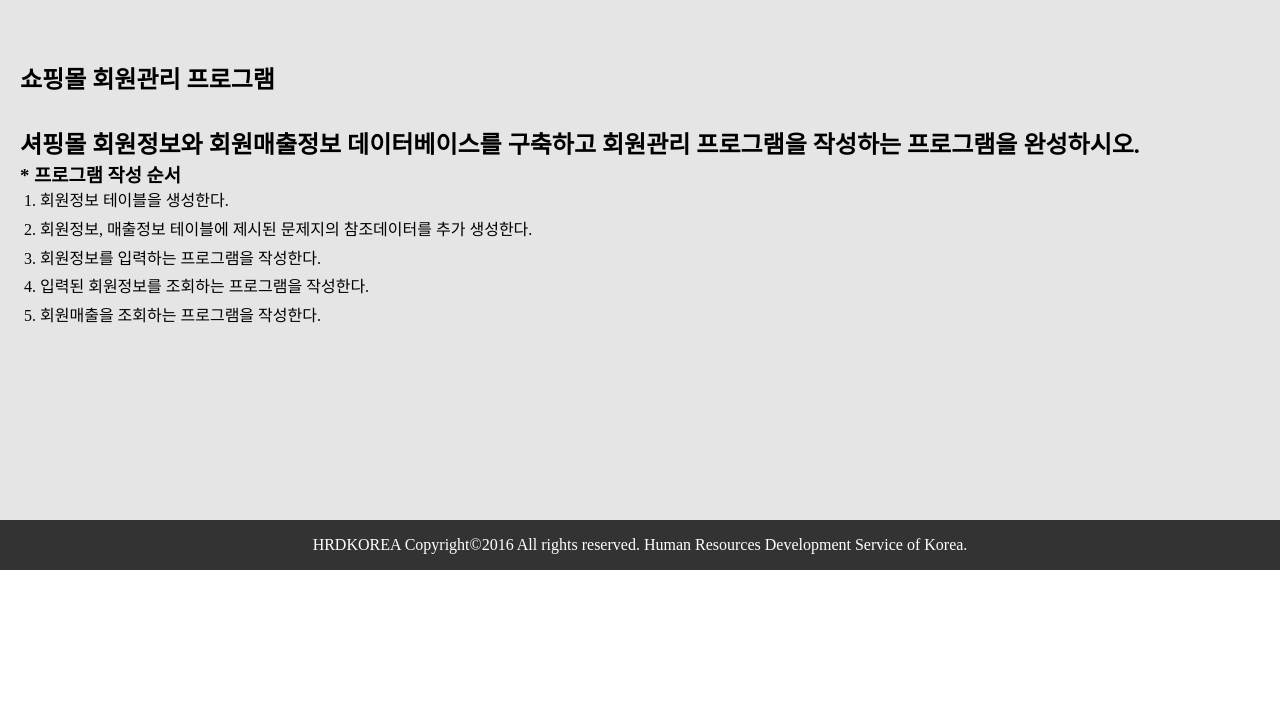
Repository: jeongbin5211/shop_jsp_project
Page: http://localhost/HRD_003/
An editor plug-in stored every save of this project. The page is shown before and after the next save, followed by the edit.
The browser window is 1280 px wide. The pictures show the whole page.
The page is served by Tomcat 9. Other server files are loaded and not shown.

Above is the page before, as saved 2023-12-27 15:51:48.

### source/HRD_003/src/main/webapp/index.jsp
<%@ page language="java" contentType="text/html; charset=UTF-8"
    pageEncoding="UTF-8"%>
<!DOCTYPE html>
<html>
<head>
<meta charset="UTF-8">
<title>홈쇼핑 회원관리 시스템</title>
<link href="css/style.css" rel="stylesheet">
</head>
<body>

	<section>
		<h1>쇼핑몰 회원관리 프로그램</h1>
		<div class="main">
			<h2>셔핑몰 회원정보와 회원매출정보 데이터베이스를 구축하고 회원관리 프로그램을 작성하는 프로그램을 완성하시오.</h2>
			<h3>* 프로그램 작성 순서</h3>
			<ol>
				<li>회원정보 테이블을 생성한다.</li>
				<li>회원정보, 매출정보 테이블에 제시된 문제지의 참조데이터를 추가 생성한다.</li>
				<li>회원정보를 입력하는 프로그램을 작성한다.</li>
				<li>입력된 회원정보를 조회하는 프로그램을 작성한다.</li>
				<li>회원매출을 조회하는 프로그램을 작성한다.</li>
			</ol>
		</div>
	</section>
	<footer>
		<p>HRDKOREA Copyright&copy;2016 All rights reserved. Human Resources Development Service of Korea.</p>
	</footer>
</body>
</html>

### source/HRD_003/src/main/webapp/css/style.css
@charset "UTF-8";

	* {
		margin: 0;
		padding: 0;
		box-sizing: border-box;
	}

	a {
		color: #fff;
		text-decoration: none;
		font-size: 14px;
	}

	header {
		background-color: #333;
	}

	header h1 {
		text-align: center;
		color: #fff;
		height: 150px;
		line-height: 150px;
	}

	header nav {
		background-color: #444;
		height: 50px;
		line-height: 50px;
	}

	header ul {
		list-style: none;
		display: flex;
	}

	header ul li {
		margin: 0 10px;
	}

	.container {
		width: 600px;
		margin: 0 auto;
	}

	section {
		height: calc(100vh - 150px - 50px);
		background-color: #e5e5e5;
		padding: 30px 20px;
	}

	section h1 {
		padding: 30px 0;
	}

	section ol {
		margin-left: 20px;
		line-height: 1.8;
	}

	table {
		width: 100%;
		border-collapse: collapse;
	}

	th, td {
		padding: 5px;
		border: 1px solid #333;
	}

	input[type=text] {
		padding: 5px;
	}

	tr:last-child {
		text-align: center;
	}

	footer {
		background-color: #333;
		height: 50px;
		line-height: 50px;
	}

	footer p {
		text-align: center;
		color: #fff;
	}

### source/HRD_003/src/main/webapp/include/header.jsp
<%@ page language="java" contentType="text/html; charset=UTF-8"
    pageEncoding="UTF-8"%>
<header>
	<h1>쇼핑몰 회원관리 Ver 1.0</h1>
	<nav>
		<ul>
			<li>
				<a href="add.jsp">회원등록</a>
			</li>
			<li>
				<a href="list.jsp">회원목록조회/수정</a>
			</li>
			<li>
				<a href="result.jsp">회원매출조회</a>
			</li>
			<li>
				<a href="index.jsp">홈으로</a>
			</li>
		</ul>
	</nav>
</header>

After the next save:
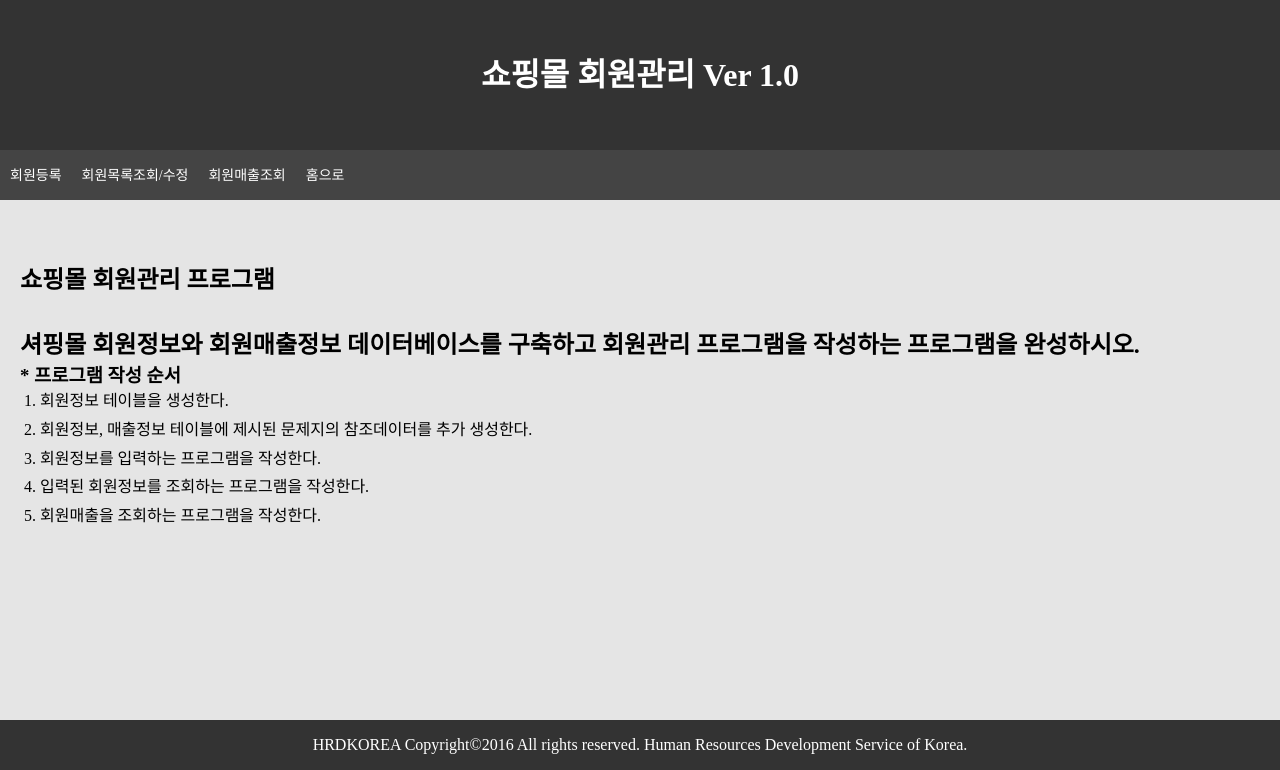
Saved 51 s later.
--- a/source/HRD_003/src/main/webapp/index.jsp
+++ b/source/HRD_003/src/main/webapp/index.jsp
@@ -8,7 +8,7 @@
 <link href="css/style.css" rel="stylesheet">
 </head>
 <body>
-
+	<%@ include file="include/header.jsp" %>
 	<section>
 		<h1>쇼핑몰 회원관리 프로그램</h1>
 		<div class="main">
